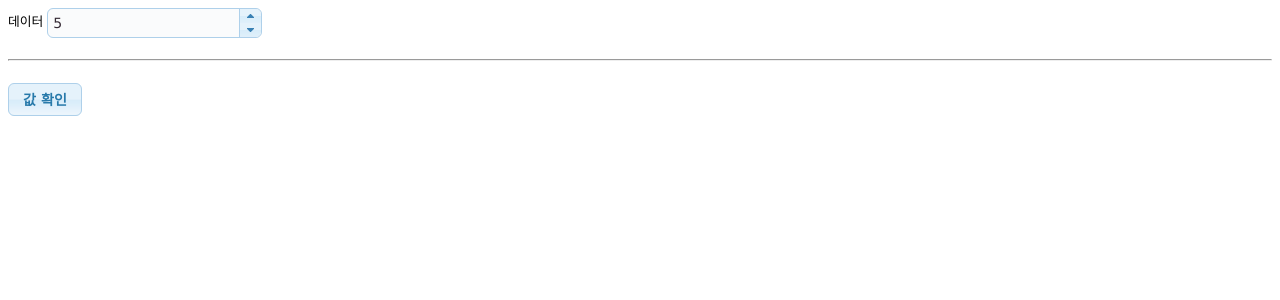
Repository: popconnect/jQuery
Page: http://localhost/jQueryUiEx02/SelectMenuEx01.jsp
An editor plug-in stored every save of this project. The page is shown before and after the next save, followed by the edit.
The browser window is 1280 px wide. The pictures show the whole page.
The page is served by Tomcat 9.

Above is the page before, as saved 2023-05-17 03:22:25.

After the next save:
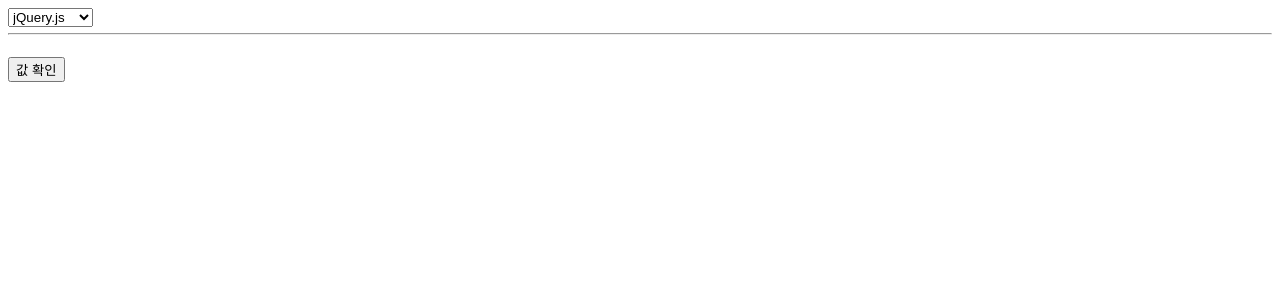
Saved 116 min 38 s later.
--- a/jQueryUiEx02/src/main/webapp/SelectMenuEx01.jsp
+++ b/jQueryUiEx02/src/main/webapp/SelectMenuEx01.jsp
@@ -16,26 +16,19 @@ body {
 <script type="text/javascript">
 	//버튼 이벤트
 	$(document).ready(function() {
-		$('#spinner').spinner({
-			min: 5,
-			max: 250,
-			step: 5,
-			spin: function() {
-				console.log( $(this).spinner('value'));
-			}
-		});
 
-		$('#btn').button().on('click', function() {
-			console.log( $('#spinner').spinner('value'));
-		})
 	});
 </script>
 </head>
 <body>
-	<div>
-		<label for="spinner">데이터</label>
-		<input type="text" id="spinner" value="5" readonly="readonly"/>
-	</div>
+<select>
+<option value="jquery">jQuery.js</option>
+<option value="jqueryui">jQueryui.js</option>
+<option value="jquery">jQuery.js</option>
+<option value="jqueryui">jQueryui.js</option>
+<option value="jquery">jQuery.js</option>
+<option value="jqueryui">jQueryui.js</option>
+</select>
 	<br><hr><br>
 	<button id="btn">값 확인</button>
 
